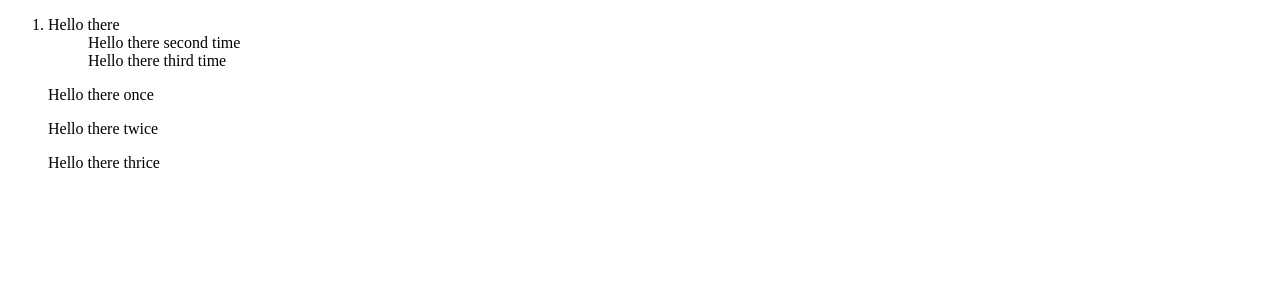
Repository: W0474997SteveArmstrong/udacity-frontenddeveloper-challenge
Page: lists.html
The author's editor kept a copy of each file at every save. The page is drawn from the files as they stood at one save, then again after the next save.
The browser window is 1280 px wide. The pictures show the whole page.

Above is the page before, as saved 2023-02-06 14:04:08.

### lists.html
<!DOCTYPE html>
<html lang="en">

<head>
    <meta charset="UTF-8">
    <meta http-equiv="X-UA-Compatible" content="IE=edge">
    <meta name="viewport" content="width=device-width, initial-scale=1.0">
    <title>Document</title>
</head>

<body>
    <ol>
        <li>Hello there</li>
        <ol>Hello there second time</ol>
        <ol>Hello there third time</ol>
    </ol>

    <ul>Hello there once</ul>
    <ul>Hello there twice</ul>
    <ul>Hello there thrice</ul>
</body>

</html>

After the next save:
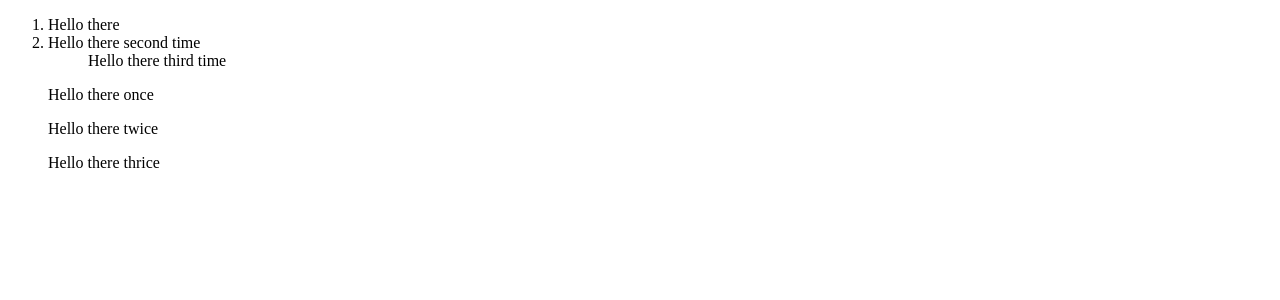
Saved 6 s later.
--- a/lists.html
+++ b/lists.html
@@ -11,7 +11,7 @@
 <body>
     <ol>
         <li>Hello there</li>
-        <ol>Hello there second time</ol>
+        <li>Hello there second time</li>
         <ol>Hello there third time</ol>
     </ol>
 
